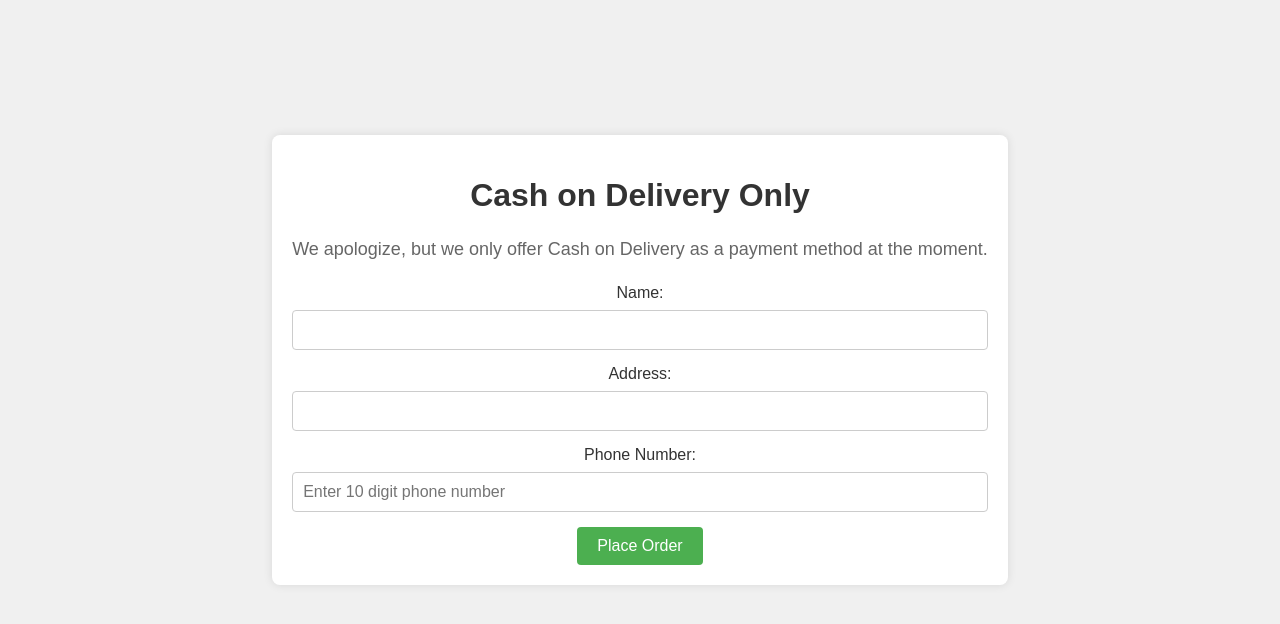
Repository: sagarhomie/Shrestha-Instrument-
Page: http://localhost/Ecommerce/epay.jsp
An editor plug-in stored every save of this project. The page is shown before and after the next save, followed by the edit.
The browser window is 1280 px wide. The pictures show the whole page.
The page is served by Tomcat 9.

Above is the page before, as saved 2024-05-26 03:49:47.

After the next save:
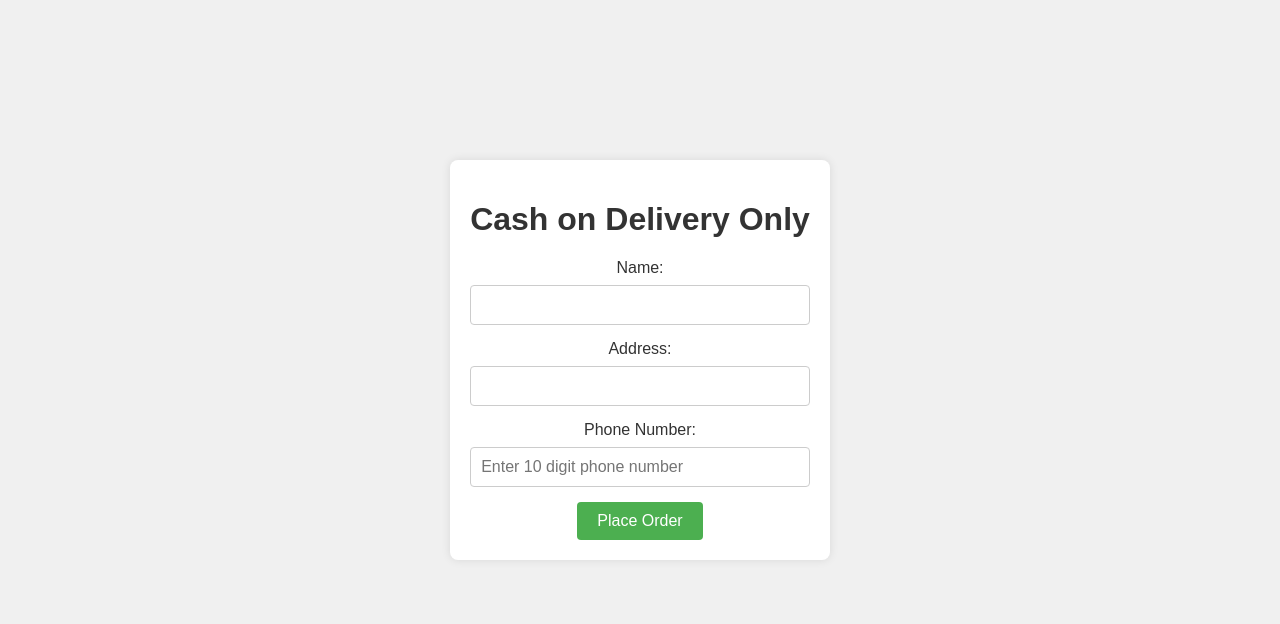
Saved 92 s later.
--- a/Ecommerce/WebContent/epay.jsp
+++ b/Ecommerce/WebContent/epay.jsp
@@ -69,7 +69,7 @@
 <body>
     <div class="container">
         <h1>Cash on Delivery Only</h1>
-        <p>We apologize, but we only offer Cash on Delivery as a payment method at the moment.</p>
+        <!--<p>We apologize, but we only offer Cash on Delivery as a payment method at the moment.</p>-->
 
         <form>
             <label for="name">Name:</label>
